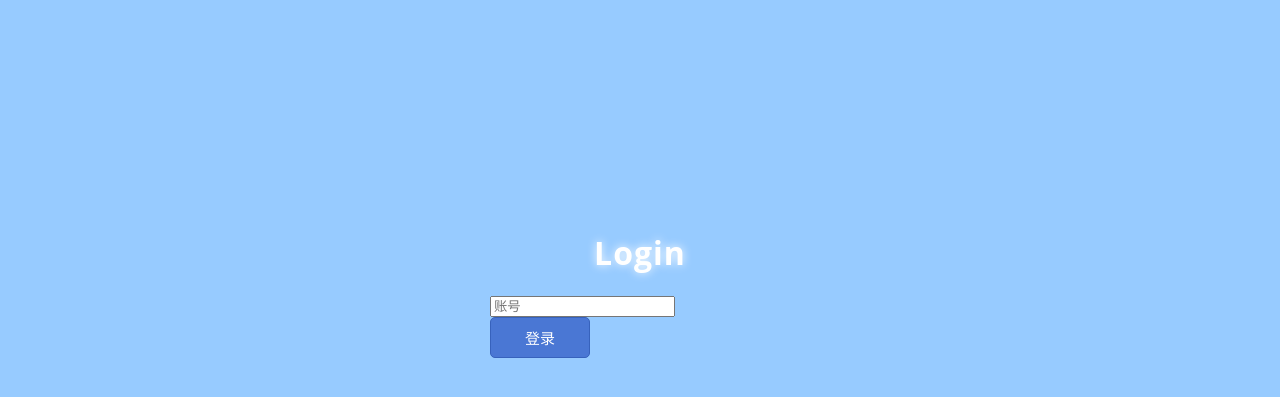
Repository: SnugHAN/gg
Page: http://localhost/bank/
An editor plug-in stored every save of this project. The page is shown before and after the next save, followed by the edit.
The browser window is 1280 px wide. The pictures show the whole page.
The page is served by Tomcat 9. Queries for data that is not in the repository find no rows.

Above is the page before, as saved 2016-11-30 13:36:47.

### bank/bank/WebRoot/index.jsp
<%@ page language="java" import="java.util.*" pageEncoding="utf-8"%>

<%
String path = request.getContextPath();
String basePath = request.getScheme()+"://"+request.getServerName()+":"+request.getServerPort()+path+"/";
%>
<%@ page language="java" contentType="text/html; charset=utf-8"%>
<%@ page import="java.sql.* "%>

<%@ page import="java.lang.String" %>
<%@ page import="java.sql.ResultSet" %>
<!DOCTYPE HTML PUBLIC "-//W3C//DTD HTML 4.01 Transitional//EN">
<html>
  <head>
    <base href="<%=basePath%>">

    <title>我存我惠</title>
	<meta http-equiv="pragma" content="no-cache">
	<meta http-equiv="cache-control" content="no-cache">
	<meta http-equiv="expires" content="0">
	<meta http-equiv="keywords" content="keyword1,keyword2,keyword3">
	<meta http-equiv="description" content="This is my page">
	<!--
	<link rel="stylesheet" type="text/css" href="styles.css">
	-->
  <link rel="stylesheet" type="text/css" href="css/login.css"/>
  </head>
  <body>
     <div id="login">
        <h1>Login</h1>
        <form method="post" action="index.jsp">

            <input class="inpu" type="text" required="required" placeholder="账号" name="username">
            <button class="but" type="submit" >登录</button>
        </form>
    </div>

     <%

   String username = request.getParameter("username");
   try{
	   Class.forName("oracle.jdbc.driver.OracleDriver");

   }catch(ClassNotFoundException e){

	   e.printStackTrace();
   }

   try{
       //Class.forName("oracle.jdbc.driver.OracleDriver").newInstance();
       Connection con = DriverManager.getConnection("jdbc:oracle:thin:@localhost:1521:orcl","system","hankangqi");
       if(con==null){
          System.out.println("与oracle数据库连接失败！");
      }else{
    	  System.out.println("与oracle数据库连接成功！");
      }
       Statement stmt = con.createStatement();
       String sql = "select * from hkm where username='"+username+"'";
       System.out.println(username);
       ResultSet rs = stmt.executeQuery(sql);
       //System.out.println("不错");
       if(rs.next()){
    	  // System.out.println("fdsfdf");
    	   if(rs.getString("username").equals(username)){
        	  // System.out.println("不错");
               %>
               <form method="post" action="admin.jsp">
               <input type="text" value="<%=rs.getString("username")%>" name="username" hidden>
               <input class="inp" type="submit" name="tijiao" placeholder="点击这里进入您的主页">
               </form>
               <%
           }else {
               response.sendRedirect("index.jsp");
           }

       }
       else{
    	   System.out.println("不对啊！");
       }
   }catch (Exception e) {
       e.printStackTrace();
   }


%>
  </body>
</html>

### bank/bank/WebRoot/css/login.css
@CHARSET "UTF-8";
html{
    width: 100%;
    height: 100%;
    overflow: hidden;
    font-style: sans-serif;
}
body{
    width: 100%;
    height: 100%;
    font-family: 'Open Sans',sans-serif;
    margin: 0;
    background-color: #97cbff;
}
#login{
    position: absolute;
    top: 50%;
    left:50%;
    margin: -150px 0 0 -150px;
    width: 300px;
    height: 300px;
}
#login h1{
    color: #fff;
    text-shadow:0 0 10px;
    letter-spacing: 1px;
    text-align: center;
}
h1{
    font-size: 2em;
    margin: 0.67em 0;
}
#input{
	left:50%;
    width: 300px;
    height: 100px;
    margin-bottom: 10px;
    outline: none;
    padding: 10px;
    font-size: 13px;
    color: #fff;
    text-shadow:1px 1px 1px;
    border-top: 1px solid #312E3D;
    border-left: 1px solid #312E3D;
    border-right: 1px solid #312E3D;
    border-bottom: 1px solid #56536A;
    border-radius: 4px;
    background-color: #2D2D3F;
}
.but{
	left:50%;
    width: 100px;
    min-height: 20px;
    display: block;
    background-color: #4a77d4;
    border: 1px solid #3762bc;
    color: #fff;
    padding: 9px 14px;
    font-size: 15px;
    line-height: normal;
    border-radius: 5px;
    margin: 0;
}

After the next save:
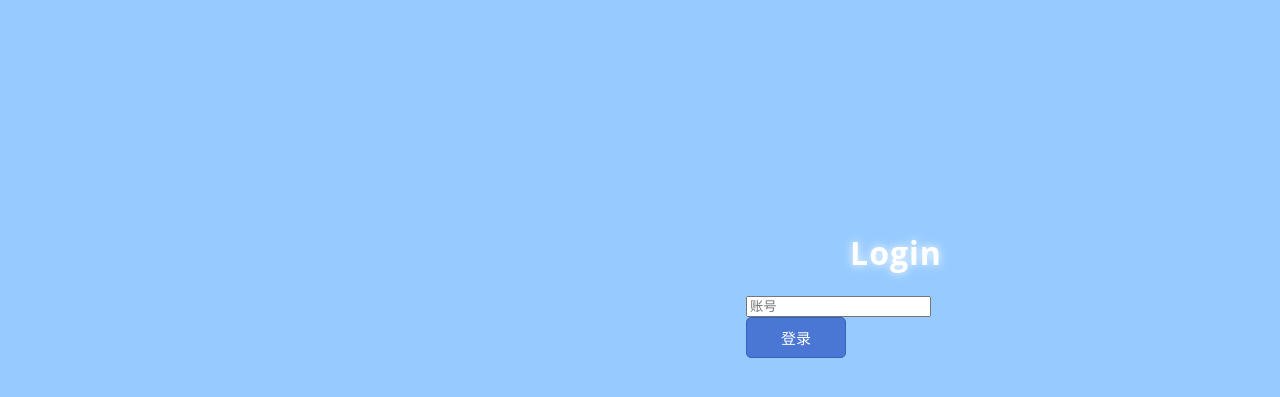
Saved 43 s later.
--- a/bank/bank/WebRoot/css/login.css
+++ b/bank/bank/WebRoot/css/login.css
@@ -15,7 +15,7 @@ body{
 #login{
     position: absolute;
     top: 50%;
-    left:50%;
+    left:70%;
     margin: -150px 0 0 -150px;
     width: 300px;
     height: 300px;
